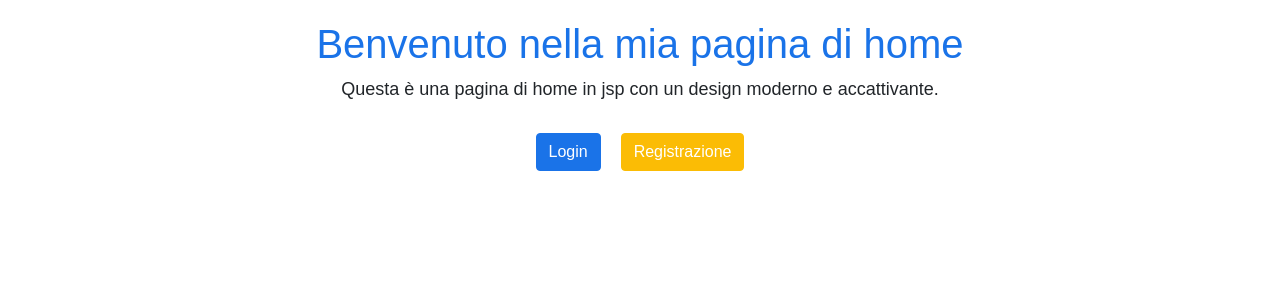
Repository: GabrielCellammare/WebApplication-SA-CyberSecurity
Page: http://localhost/WebProject-CellammareGabriel_ApplicationSecurity_/userNotLogged/index.jsp
An editor plug-in stored every save of this project. The page is shown before and after the next save, followed by the edit.
The browser window is 1280 px wide. The pictures show the whole page.
The page is served by Tomcat 9. Nobody is signed in. The application's start-up code is not run.

Above is the page before, as saved 2024-01-14 16:39:37.

After the next save:
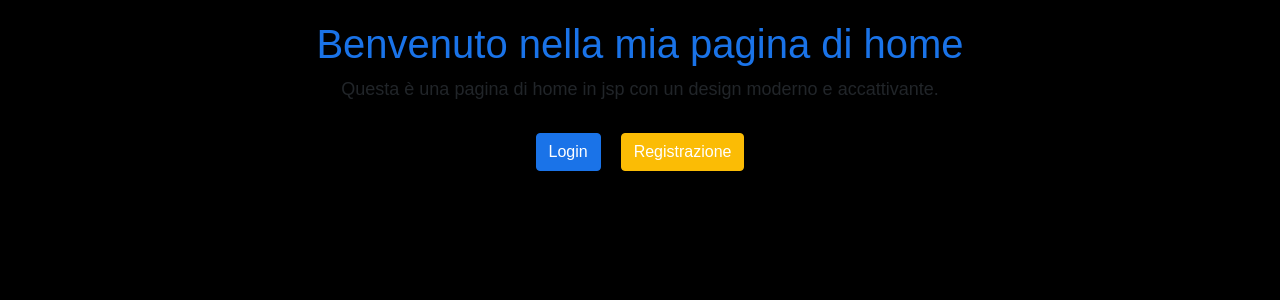
Saved 2 min 4 s later.
--- a/WebProject-CellammareGabriel(ApplicationSecurity)/WebContent/WEB-INF/css/style.css
+++ b/WebProject-CellammareGabriel(ApplicationSecurity)/WebContent/WEB-INF/css/style.css
@@ -10,8 +10,7 @@
 
 /* Stili generali */
 body {
-   	background-color: url('images/backgroundHome.jpg');
-    /*background-size: cover; /* Cambia da 100% a cover */
+   	background-color: black;  /*background-size: cover; /* Cambia da 100% a cover */
     background-repeat: no-repeat;
     background-attachment: fixed;
     font-family: Arial, sans-serif;

After the save that followed:
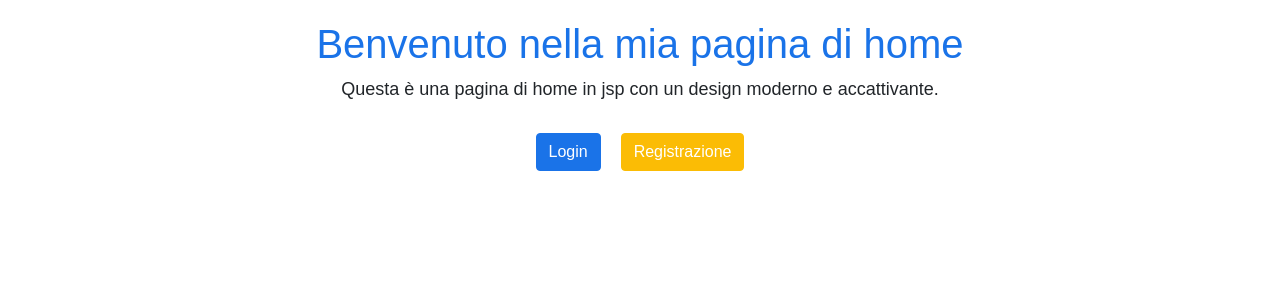
Saved 2 min 45 s later.
--- a/WebProject-CellammareGabriel(ApplicationSecurity)/WebContent/WEB-INF/css/style.css
+++ b/WebProject-CellammareGabriel(ApplicationSecurity)/WebContent/WEB-INF/css/style.css
@@ -10,7 +10,8 @@
 
 /* Stili generali */
 body {
-   	background-color: black;  /*background-size: cover; /* Cambia da 100% a cover */
+   	background-color: url('backgroundHome.jpg');
+    /*background-size: cover; /* Cambia da 100% a cover */
     background-repeat: no-repeat;
     background-attachment: fixed;
     font-family: Arial, sans-serif;
